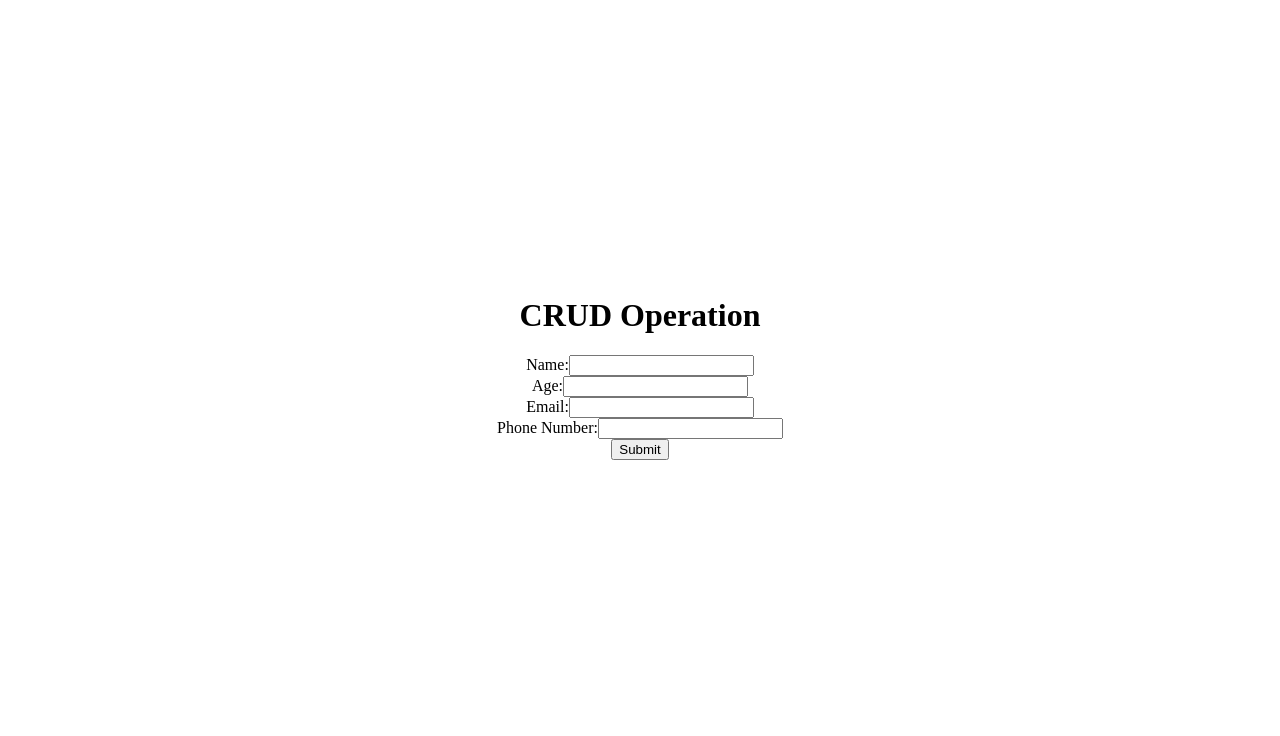
Repository: Josephkennedy603/CRUD-Operation
Page: /
The author's editor kept a copy of each file at every save. The page is drawn from the files as they stood at one save, then again after the next save.
The browser window is 1280 px wide. The pictures show the whole page.
The project was rebuilt for these pictures with package versions that can differ from the ones it lists, and the page was loaded fresh each time. Also part of the build but not shown: src/index.css.

Above is the page before, as saved 2024-03-04 20:31:32.

### src/App.jsx

import { useState } from 'react';
import './App.css';
import {collection, addDoc} from 'firebase/firestore'
import {db} from './firebase'

const App = () => {

const [name,setName] =useState();
const [age,setAge] =useState();
const [email,setEmail] =useState();
const [pnumber,setPnumber] =useState();

const storeData =async () => {

  const data ={
    Name:name,
    Age:age,
    Email:email,
    Pnumer:pnumber,
  };


  try{
    const docRef = await addDoc(collection(db,"record"),data)

  }
catch(e){
    console.log("unable to store the data",e)
}

console.log(storeData)

 }

  return(
    <div className='main-container'>
    <h1>CRUD Operation</h1>
    <form  action="">
      <div>
      <label htmlFor="Name">Name:</label>
     <input name='Name:' type="text"   onChange={(e)=>setName(e.target.value) } required/>
      </div>
      <div>
      <label htmlFor="Age">Age:</label>
       <input type="text" name='Age'  onChange={(e)=>setAge(e.target.value)} required/>
      </div>
      <div>
      <label htmlFor="Email">Email:</label>
       <input type="Email"  onChange={(e)=>setEmail(e.target.value)} required/>
      </div>
      <div>
      <label htmlFor="Phone Number">Phone Number:</label>
     <input type="number" name='Phone Number'  onChange={(e)=>setPnumber(e.target.value)} required/>
     </div>
      <input type="submit" onClick={storeData} />

    </form>
    </div>
  )
}

export default App;

### src/App.css
.main-container {
  display: flex;
  flex-direction: column;
  justify-content: center;
  align-items: center;

  height: 100vh;
}

.main-container form {
  display: flex;
  flex-direction: column;
  justify-content: center;
  align-items: center;
}

.main-container label {
}

### src/firebase.js
// Import the functions you need from the SDKs you need
import { initializeApp } from "firebase/app";
import { getFirestore } from "firebase/firestore";
// import { getAnalytics } from "firebase/analytics";

const firebaseConfig = {
  apiKey: "AIzaSyB6ZR0S_52AlqGIUs87cyuSaj7Dp9EP9nk",
  authDomain: "crud-operation-7754e.firebaseapp.com",
  projectId: "crud-operation-7754e",
  storageBucket: "crud-operation-7754e.appspot.com",
  messagingSenderId: "941097712371",
  appId: "1:941097712371:web:aad3664dddf0ff5721d586",
  measurementId: "G-CM49X6XD0N",
};

// Initialize Firebase
const app = initializeApp(firebaseConfig);
// const analytics = getAnalytics(app);
export const db = getFirestore(app);

export default app;

Loaded but not shown: public/index.html (common file); src/index.js (common file); src/reportWebVitals.js (common file)

After the next save:
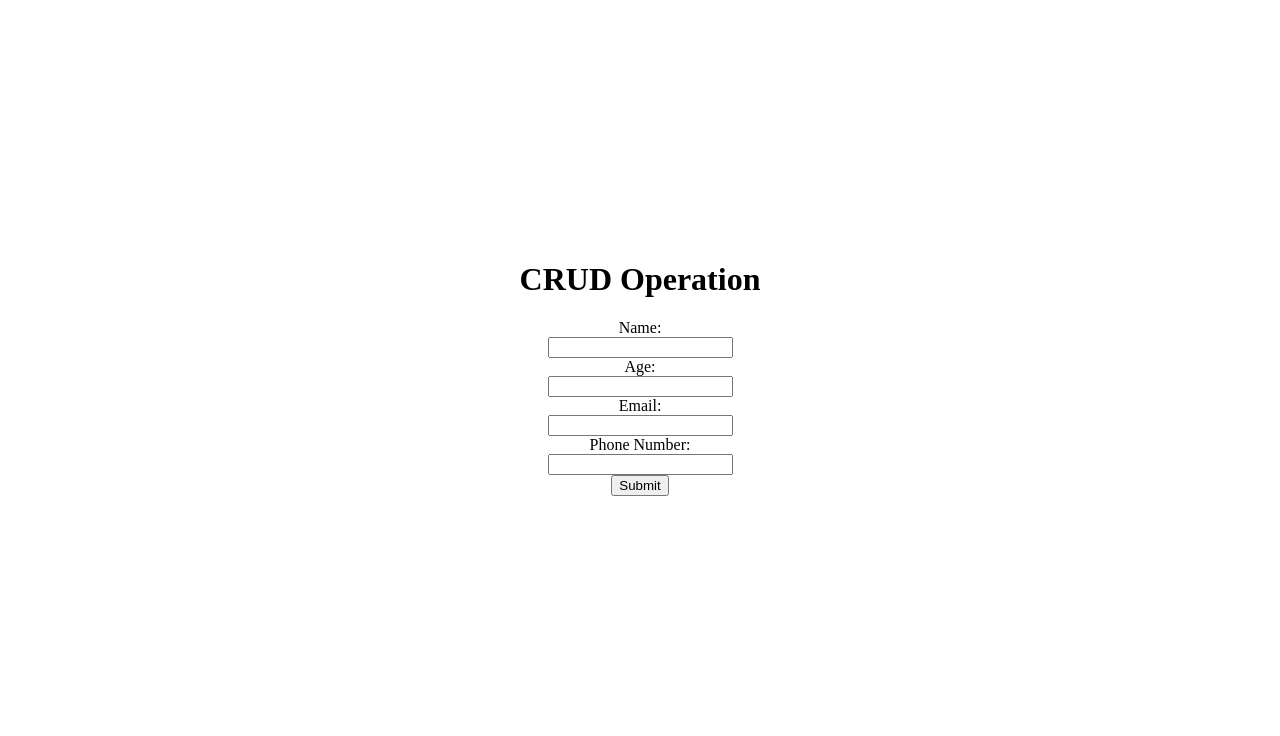
Saved 107 s later.
--- a/src/App.jsx
+++ b/src/App.jsx
@@ -37,22 +37,22 @@ console.log(storeData)
     <div className='main-container'>
     <h1>CRUD Operation</h1>
     <form  action="">
-      <div>
+
       <label htmlFor="Name">Name:</label>
      <input name='Name:' type="text"   onChange={(e)=>setName(e.target.value) } required/>
-      </div>
-      <div>
+
+
       <label htmlFor="Age">Age:</label>
        <input type="text" name='Age'  onChange={(e)=>setAge(e.target.value)} required/>
-      </div>
-      <div>
+
+
       <label htmlFor="Email">Email:</label>
        <input type="Email"  onChange={(e)=>setEmail(e.target.value)} required/>
-      </div>
-      <div>
+
+
       <label htmlFor="Phone Number">Phone Number:</label>
      <input type="number" name='Phone Number'  onChange={(e)=>setPnumber(e.target.value)} required/>
-     </div>
+
       <input type="submit" onClick={storeData} />
 
     </form>
